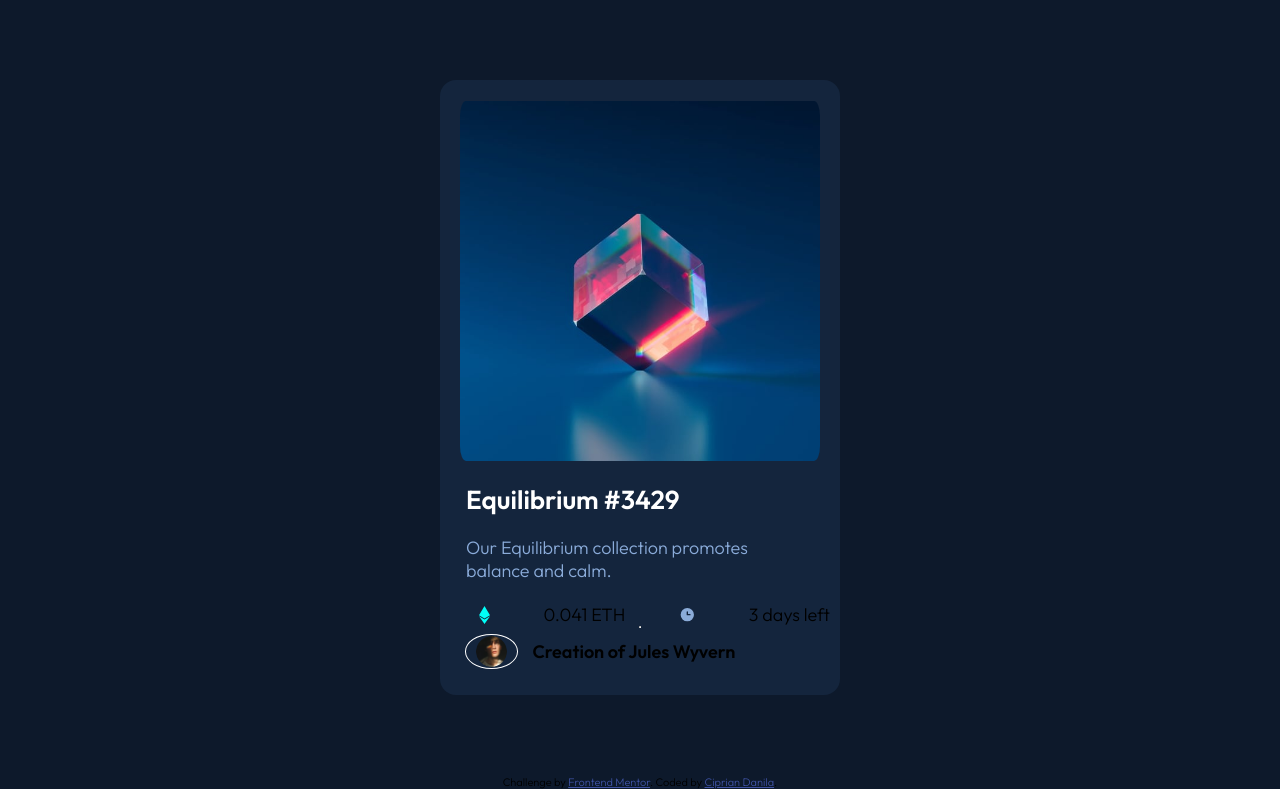
Repository: cipdanila/NFT-preview-card-component
Page: index.html
The author's editor kept a copy of each file at every save. The page is drawn from the files as they stood at one save, then again after the next save.
The browser window is 1280 px wide. The pictures show the whole page.

Above is the page before, as saved 2024-01-26 21:13:20.

After the next save:
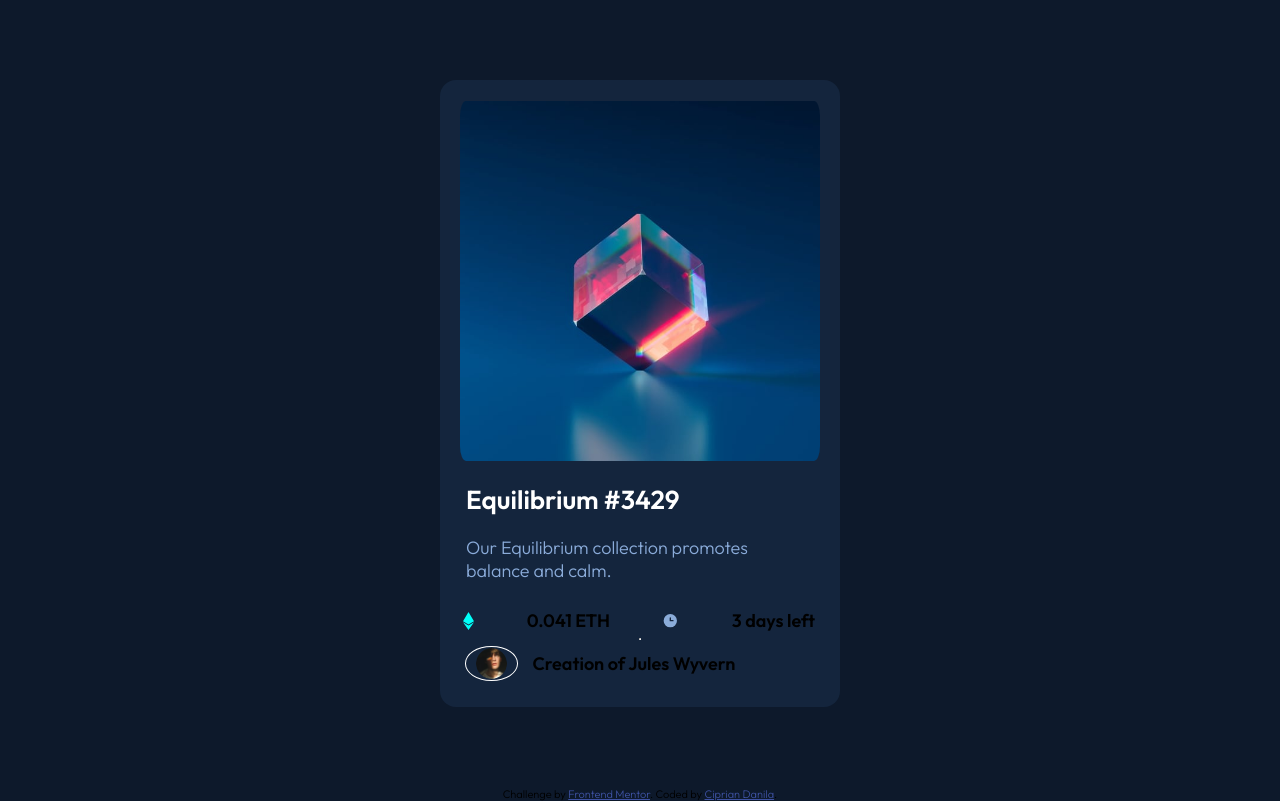
Saved 86 s later.
--- a/style.css
+++ b/style.css
@@ -92,6 +92,13 @@
     width: fit-content;
 }
 
+.time p {
+    display: inline-block;
+    margin: 5px;
+    padding: 1px 10px;
+    font-weight: 800;
+}
+
 .owner {
     width: auto;
     display: flex;
